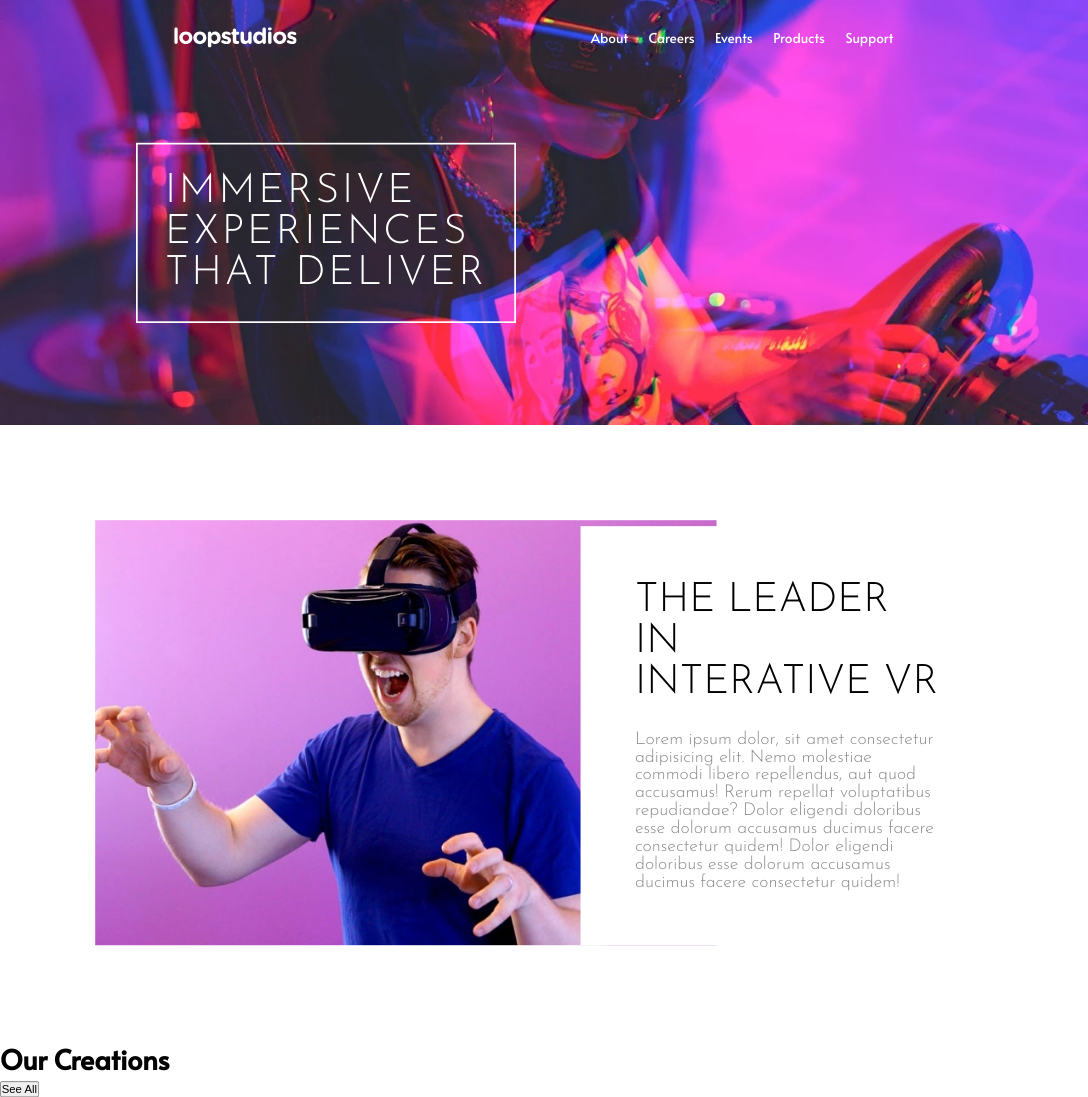
Repository: gligor99/loopstudios-fm
Page: /
The author's editor kept a copy of each file at every save. The page is drawn from the files as they stood at one save, then again after the next save.
The browser window is 1280 px wide. The pictures show the whole page, at 85% of full size.
Backgrounds fixed to the window are drawn as part of the page. The project was rebuilt for these pictures with package versions that can differ from the ones it lists, and the page was loaded fresh each time.

Above is the page before, as saved 2021-11-28 16:00:21.

### src/index.css
@import url('https://fonts.googleapis.com/css2?family=Alata&family=Josefin+Sans:wght@300&display=swap');

:root {
  --clr-white: hsl(0, 0%, 100%);
  --clr-black: hsl(0, 0%, 0%);
  --clr-dark-gray: hsl(0, 0%, 55%);
  --clr-very-dark-gray: hsl(0, 0%, 41%)
}

*,
::after,
::before {
  margin: 0;
  padding: 0;
  box-sizing: border-box;
}

body {
  font-family: "Alata", sans-serif;
  background: var(--clr-light-grayish-cyan);
  color: var(--clr-grey-1);
  font-size: 1rem;
}

### src/App.jsx
import About from "./components/About/About";
import Creations from "./components/Creations/Creations";
import Hero from "./components/Hero/Hero";


function App() {
  return (
    <div className="App">
      <Hero />
      <About />
      <Creations />
    </div>
  );
}

export default App;

### src/components/About/About.jsx
import "./about.css";
import image from "../../assets/desktop/image-interactive.jpg";

const About = () => {
  return (
    <div className="about-container">
      <img className="image-interactive" src={image} alt="interactive.jpg" />
      <div className="about-content">
        <h1 className="about-title">The leader in <br />interative VR</h1>
        <p className="about-p">
          Lorem ipsum dolor, sit amet consectetur adipisicing elit. Nemo
          molestiae commodi libero repellendus, aut quod accusamus! Rerum
          repellat voluptatibus repudiandae? Dolor eligendi doloribus esse
          dolorum accusamus ducimus facere consectetur quidem! Dolor eligendi doloribus esse
          dolorum accusamus ducimus facere consectetur quidem!
        </p>
      </div>
    </div>
  );
};

export default About;

### src/components/Creations/Creations.jsx
const Creations = () => {
  return <div className="creation-container">
      <div className="creation-header">
          <h1 className="creation-title">
              Our Creations
          </h1>
          <button className="creation-btn">
              See All
          </button>
      </div>
  </div>;
};

export default Creations;

### src/components/Hero/Hero.jsx
import React from "react";
import Navbar from "../Navbar/Navbar";
import "./hero.css";

const Hero = () => {
  return (
    <div className="container">
      <Navbar />
      <div className="container-content">
        <h1 className="title">
          Immersive <br /> experiences <br />
          that deliver
        </h1>
      </div>
    </div>
  );
};

export default Hero;

### src/components/About/about.css
.about-container {
  display: flex;
  justify-content: center;
  align-items: flex-end;
  margin: auto;
  padding: 7rem;
}

.image-interactive {
  height: 80%;
  z-index: -1;
}
.about-content {
  background-color: var(--clr-white);
  z-index: 1;
  height: 80%;
  padding: 4rem;
  margin-left: -10rem;
}

.about-title {
  font-family: "Josefin Sans", sans-serif;
  font-weight: 100;
  font-size: 3rem;
  text-transform: uppercase;
}

.about-p {
  color: var(--clr-dark-gray);
  font-family: "Josefin Sans", sans-serif;
  font-size: 1.3rem;
  padding-top: 2rem;
}

### src/components/Navbar/Navbar.jsx
import logo from "../../assets/logo.svg";
import "./navbar.css";

const Navbar = () => {
  return (
    <div className="wrapper">
      <img src={logo} alt="logo.svg" />
      <ul>
        <li>
          <a href="/about">About</a>
        </li>
        <li>
          <a href="/careers">Careers</a>
        </li>
        <li>
          <a href="/events">Events</a>
        </li>
        <li>
          <a href="/products">Products</a>
        </li>
        <li>
          <a href="/support">Support</a>
        </li>
      </ul>
    </div>
  );
};

export default Navbar;

### src/components/Hero/hero.css
.container {
    background: url('../../assets/desktop/image-hero.jpg');
    background-repeat: no-repeat;
    background-attachment: fixed;
    background-size: cover;
    height: 500px;
}
.container-content {
    display: flex;
    margin-top: 5rem;
    margin-left: 10rem;
}

.title {
    border: 2px solid var(--clr-white);
    padding: 2rem;
    text-transform: uppercase;
    font-family: 'Josefin Sans' , sans-serif;
    font-size: 3rem;
    font-weight: 100;
    letter-spacing: 0.2rem;
    color: white;
}

### src/components/Navbar/navbar.css
.wrapper {
  display: flex;
  flex-direction: row;
  justify-content: space-around;
  align-items: center;
  margin: auto;
  padding: 2rem;
  background-color: transparent;
}
img {
  height: 1.5rem;
}
ul {
  display: flex;
  flex-wrap: nowrap;
  justify-content: space-evenly;
}
li {
  list-style-type: none;
  padding-right: 1.5rem;
}
a {
  position: relative;
  display: inline-block;
  text-decoration: none;
  color: var(--clr-white);
}
a:after {
  content: "";
  position: absolute;
  left: 0;
  top: 100%;
  width: 0;
  height: 1.8px;
  background-color: var(--clr-white);
  transition: width 0.2s ease-in-out;
}
a:hover:after {
  width: 100%;
}

### src/components/Creations/creations.css
.creation-header{
    display: flex;
    flex-direction: column;
}

Loaded but not shown: public/index.html (common file); src/index.jsx (common file)

After the next save:
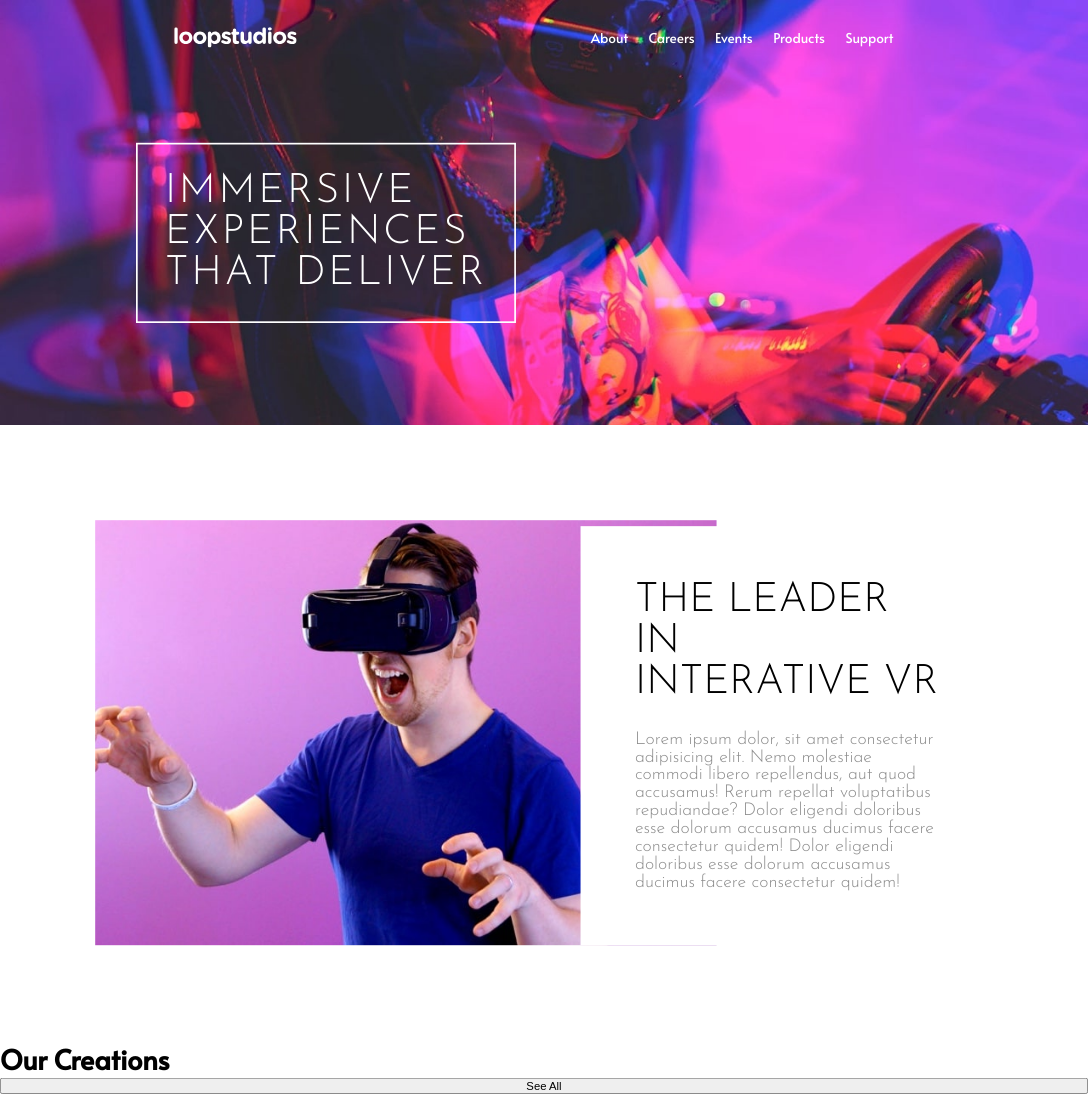
Saved 31 s later.
--- a/src/components/Creations/Creations.jsx
+++ b/src/components/Creations/Creations.jsx
@@ -1,3 +1,5 @@
+import './creations.css'
+
 const Creations = () => {
   return <div className="creation-container">
       <div className="creation-header">
